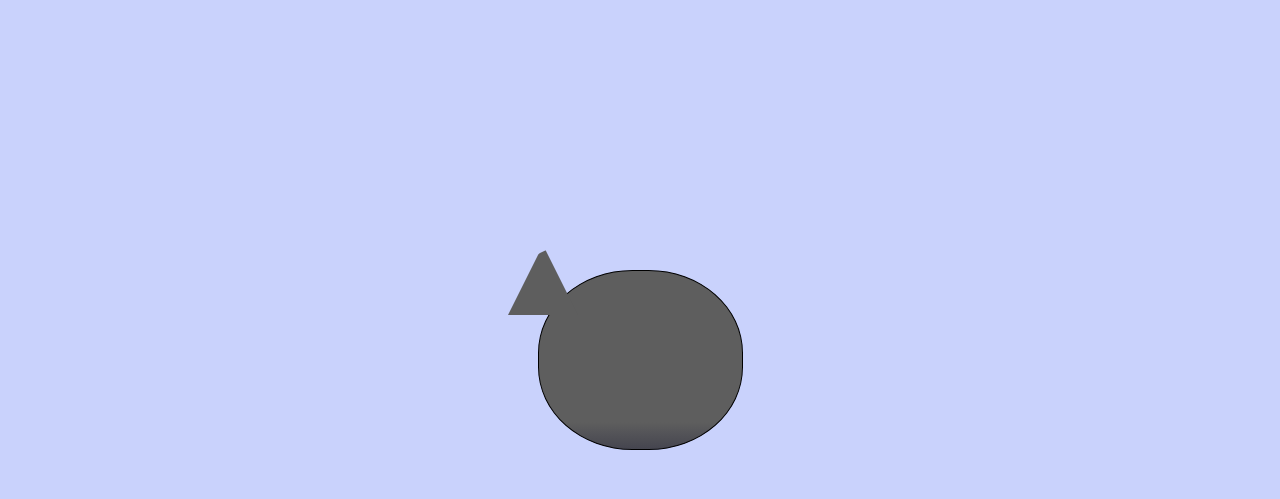
Repository: Lungdjos/cat_painting
Page: index.html
The author's editor kept a copy of each file at every save. The page is drawn from the files as they stood at one save, then again after a run of saves.
The browser window is 1280 px wide. The pictures show the whole page.

Above is the page before, as saved 2023-11-07 23:45:21.

After the next 4 saves:
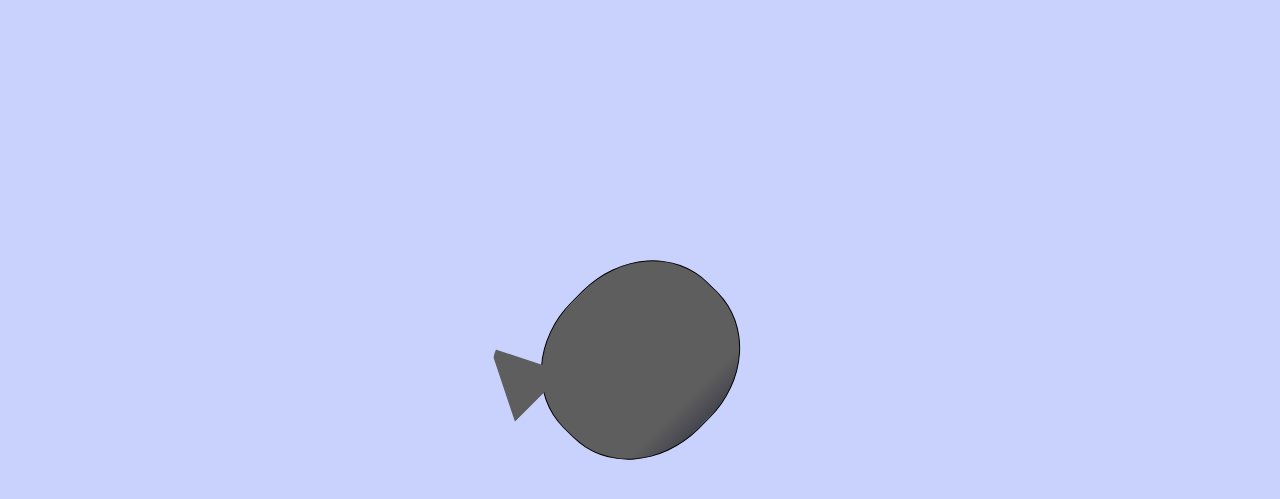
The 4 saves are shown as one change because they came seconds apart.
The last was saved 13 s later.
--- a/styles.css
+++ b/styles.css
@@ -20,7 +20,7 @@ body {
     right: 0;
     bottom: 0;
     margin: auto;
-    transform: ;
+    transform: rotate(-45deg);
 }
 
 
